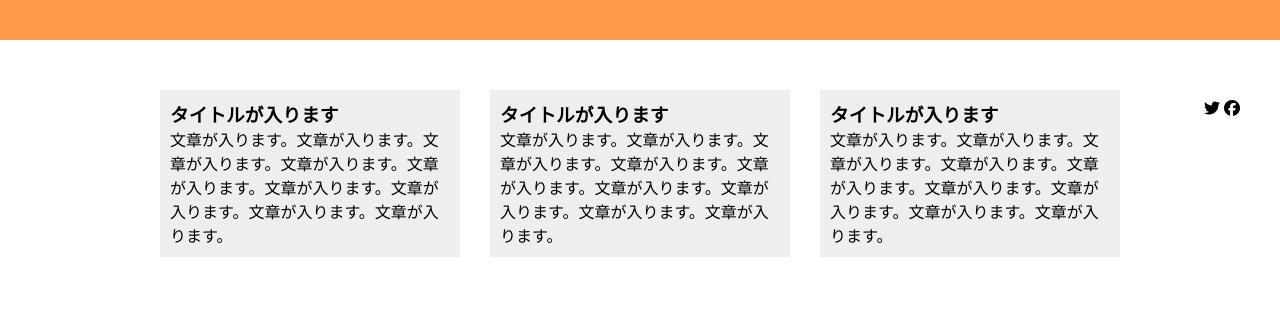
Repository: 825814/caravan2
Page: chapter9/index.html
The author's editor kept a record of every edit. The page is drawn from the files as they stood at one moment, then again after the next edit.
The browser window is 1280 px wide. The pictures show the whole page.
Some web libraries are served in a nearby version.

Above is the page before.

After the next edit:
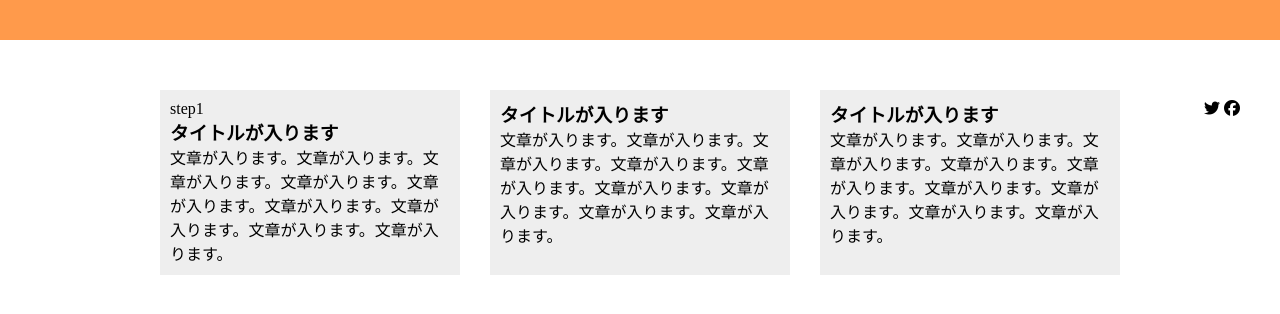
The edit:
--- a/chapter9/index.html
+++ b/chapter9/index.html
@@ -16,7 +16,7 @@
     <main>
       <div class="step-box">
         <div class="step-img1"></div>
-        <span class="step-nam"></span>
+        <span class="step-nam">step1</span>
         <h3 class="title">タイトルが入ります</h3>
         <p class="text">文章が入ります。文章が入ります。文章が入ります。文章が入ります。文章が入ります。文章が入ります。文章が入ります。文章が入ります。文章が入ります。</p>
       </div>
